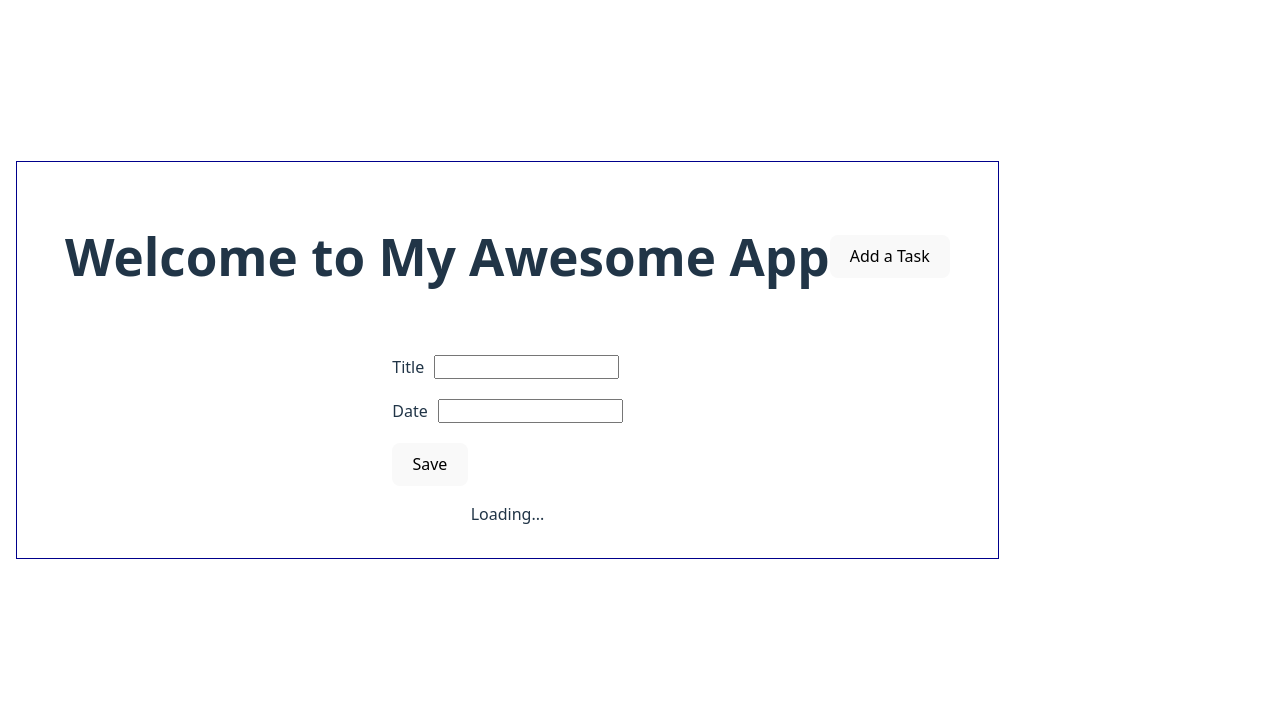
Repository: liulian26/CS5610
Page: /tasks (app in week9/my-vite-app/)
The author's editor kept a copy of each file at every save. The page is drawn from the files as they stood at one save, then again after the next save.
The browser window is 1280 px wide. The pictures show the whole page.
The project was rebuilt for these pictures with package versions that can differ from the ones it lists, and the page was loaded fresh each time. Requests to the local data server were answered from the project's data file. Also part of the build but not shown: week9/my-vite-app/vite.config.js.

Above is the page before, as saved 2025-03-20 12:33:18.

### week9/my-vite-app/index.html
<!DOCTYPE html>
<html lang="en">
  <head>
    <meta charset="UTF-8" />
    <link rel="icon" type="image/svg+xml" href="/vite.svg" />
    <meta name="viewport" content="width=device-width, initial-scale=1.0" />
    <title>My Awsome App</title>
  </head>
  <body>
    <div id="root"></div>
    <script type="module" src="/src/main.jsx"></script>
  </body>
</html>

### week9/my-vite-app/src/index.css
:root {
  font-family: system-ui, Avenir, Helvetica, Arial, sans-serif;
  line-height: 1.5;
  font-weight: 400;

  color-scheme: light dark;
  color: rgba(255, 255, 255, 0.87);
  background-color: #242424;

  font-synthesis: none;
  text-rendering: optimizeLegibility;
  -webkit-font-smoothing: antialiased;
  -moz-osx-font-smoothing: grayscale;
}

a {
  font-weight: 500;
  color: #646cff;
  text-decoration: inherit;
}
a:hover {
  color: #535bf2;
}

body {
  margin: 0;
  display: flex;
  place-items: center;
  min-width: 320px;
  min-height: 100vh;
}

h1 {
  font-size: 3.2em;
  line-height: 1.1;
}

button {
  border-radius: 8px;
  border: 1px solid transparent;
  padding: 0.6em 1.2em;
  font-size: 1em;
  font-weight: 500;
  font-family: inherit;
  background-color: #1a1a1a;
  cursor: pointer;
  transition: border-color 0.25s;
}
button:hover {
  border-color: #646cff;
}
button:focus,
button:focus-visible {
  outline: 4px auto -webkit-focus-ring-color;
}


.appContainer {
  display: flex;
  flex-direction: column;
  align-items: center;
  padding: 2em;
  border: darkblue 1px solid;
  padding: 1em;
  margin: 1em;
}

.headerContainer {
  display: flex;
  justify-content: space-between;
  align-items: center;
  padding: 1em 2em;
}

.taskContainer {
  display: flex;
  flex-direction: column;
  padding: 1em;
  background-color: lightblue;
}

@media (prefers-color-scheme: light) {
  :root {
    color: #213547;
    background-color: #ffffff;
  }
  a:hover {
    color: #747bff;
  }
  button {
    background-color: #f9f9f9;
  }
}

.taskContainer {
  list-style: none;
  padding: 10px;
  border-bottom: 1px solid #ddd;
}

.taskTileIconContainer {
  display: flex;
  align-items: center;
  justify-content: space-between;
}

.deleteIcon {
  color: red;
  font-size: 20px;
  cursor: pointer;
}

.deleteIcon:hover {
  color: darkred;
}

.form-control {
  margin: 20px 0;
  display: flex;
}

.form-control label {
  margin-right: 10px;
}

### week9/my-vite-app/src/App.jsx
import React, { useEffect, useState } from 'react';
import Header from './components /Header';
import TaskList from './components /TasksList';
import AddTask from './components /AddTask';

export default function App() {
  const appName = "My Awesome App";
  const [tasks, setTasks] = useState([]);
  const [loading, setLoading] = useState(true);

  useEffect(() => {
    async function fetchData() {
      try {
        const response = await fetch("http://localhost:5001/tasks");
        const data = await response.json();
        setTasks(data);
      } catch (error) {
        console.error("Error fetching tasks:", error);
        setLoading(false);
      }
    }
    fetchData();
  }, []);

  const handleDelete = async (taskId) => {
    try {
      const response = await fetch(`http://localhost:5001/tasks/${taskId}`, {
        method: "DELETE",
      });

      if (response.ok) {
        setTasks((prevTasks) => prevTasks.filter((task) => task.id !== taskId));
      } else {
        console.error("Failed to delete task");
      }
    } catch (error) {
      console.error("Error deleting task:", error);
    }
  };

  return (
    <div className="appContainer">
      <Header myAppName={appName} version={2} />
      <AddTask />
      {loading ? (
        <p>Loading...</p>
      ) : (
        <TasksList tasks={tasks} setTasks={setTasks} onDelete={handleDelete}  />
      )}
    </div>
  );
}

### week9/my-vite-app/src/components /Header.jsx
import React from "react";


export default function Header({ myAppName }) {
    return (
        <div>
            <header className="headerContainer">
                <h1>Welcome to {myAppName}</h1>
                <button>Add a Task</button>
            </header>
        </div>
    );
}

### week9/my-vite-app/src/components /AddTask.jsx
import React, { useState } from "react";


export default function AddTask() {
    const [title, setTitle] = useState("");
    const [date, setDate] = useState("");

    const handleTitleChange = (event) => {
        setTitle(event.target.value);
      };
    const handleDateChange = (event) => {
        setDate(event.target.value);
      };

    const handleSubmit = (event) => {
        event.preventDefault();

        const newTask = {
            title: title,
            date: date,
      };
        console.log("New Task Submitted:", newTask);
        setTitle("");
        setDate("");
  };

  return (
    <form onSubmit={handleSubmit}>
      <div className="form-control">
        <label>Title</label>
        <input type="text"value={title} onChange={handleTitleChange} />
      </div>
      <div className="form-control">
        <label>Date</label>
        <input type="text" value={date} onChange={handleDateChange}/>
      </div>
      <button type="submit">Save</button>
    </form>
  );
}

### week9/my-vite-app/db.json
{
    "tasks": [
      {
        "id": 1,
        "title": "Review week 9 material",
        "date": "June 4th at 1 pm"
      },
      {
        "id": 2,
        "title": "Do quiz 9",
        "date": "June 4th at 6 pm"
      },
      {
        "id": 3,
        "title": "Work on assignment 2",
        "date": "June 5th at 8 am"
      }
    ]
  }

### week9/my-vite-app/src/components /TasksList.jsx
import React,{useEffect, useState} from "react";
import Task from "./Task";


export default function TaskList({ tasks, setTasks, onDelete }){
  // const handleDelete = (taskId) => {
  //   setTasks((prevTasks) => prevTasks.filter((task) => task.id !== taskId));
  // };
  // const [tasks, setTasks] = useState([]);
  // useEffect(() => {
  //   fetch("http://localhost:5001/tasks")
  //   .then((response) => response.json())
  //   .then((data) => setTasks(data))
  //   .catch((error) => console.error("Error fetching tasks:", error));
  //   }, []);

    return(
      // <ul>
      //       {/* using array.map to render the tasks array titles
      //       for each element return an <li> */}
      //       {tasks.map((task) => {
      //         return <Task key={task.id} taskObj={task} />;
      //       })}
      //     </ul>
      <div>
      {tasks.length === 0 ? (
        <p>No tasks left!</p>
      ) : (
        <ul>
          {tasks.map((task) => (
            <Task key={task.id} taskObj={task} onDelete={onDelete} />
          ))}
        </ul>
      )}
    </div>
      );
}

### week9/my-vite-app/src/components /Task.jsx
import React from "react";
import {IoTrashSharp} from "react-icons/io5";

export default function Task({ taskObj }) {
  return (
    <li>
      <div className="taskContainer">
        <div className="taskTileIconContainer">
          <p>{taskObj.title}</p>
          <IoTrashSharp className="deleteIcon" onClick={() => onDelete(taskObj.id)}/>
        </div>
          <p>{taskObj.date}</p>
      </div>
    </li>
  );
}

Loaded but not shown: week9/my-vite-app/src/main.jsx (common file)

After the next save:
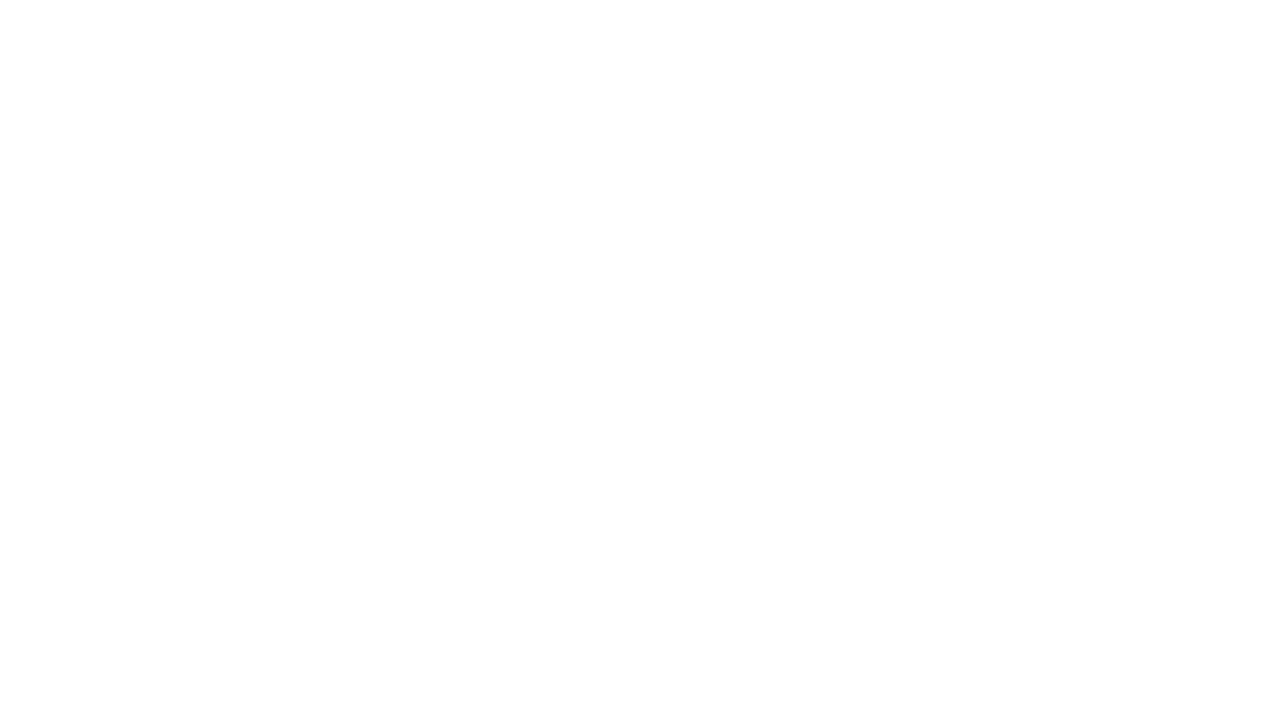
Console error: ReferenceError: TasksList is not defined
Saved 2 min 4 s later.
--- a/week9/my-vite-app/src/App.jsx
+++ b/week9/my-vite-app/src/App.jsx
@@ -16,6 +16,7 @@ export default function App() {
         setTasks(data);
       } catch (error) {
         console.error("Error fetching tasks:", error);
+      } finally {
         setLoading(false);
       }
     }

After the save that followed:
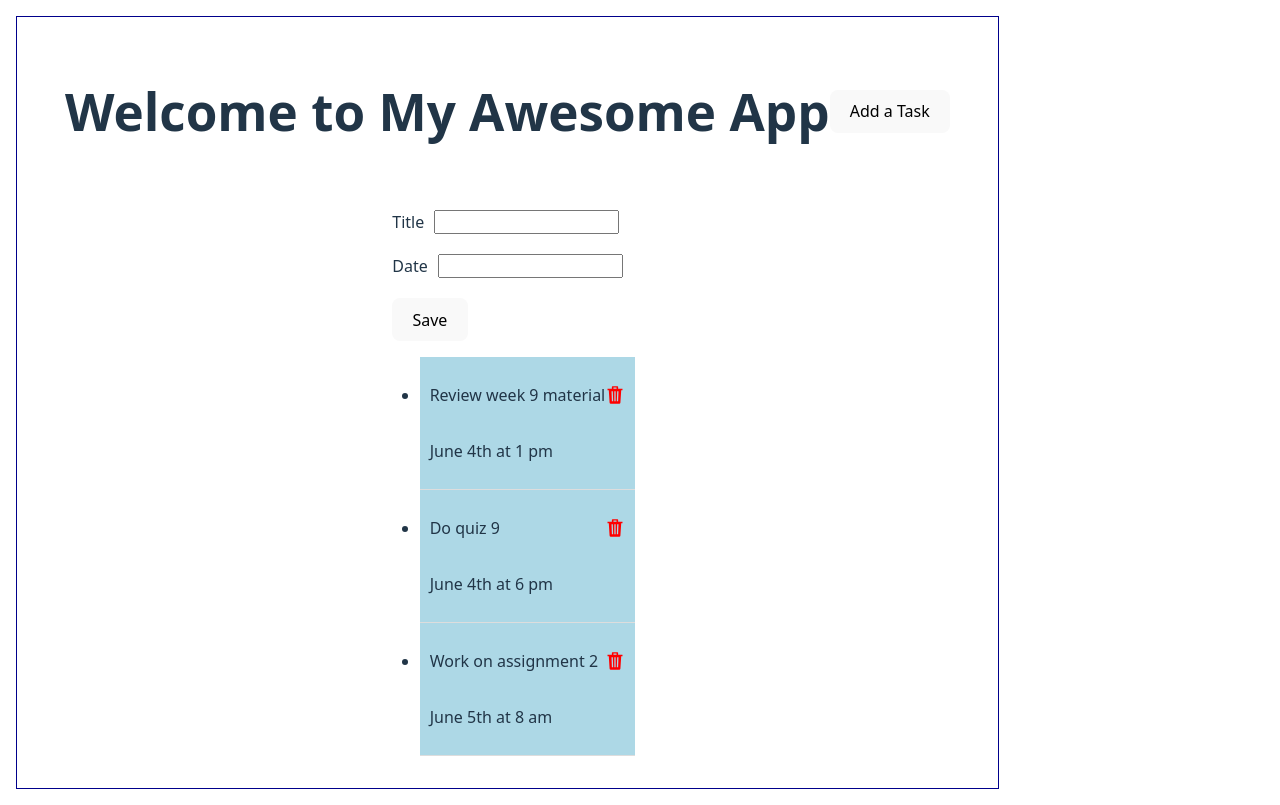
The error is gone.
Saved 2 min 8 s later.
--- a/week9/my-vite-app/src/App.jsx
+++ b/week9/my-vite-app/src/App.jsx
@@ -46,7 +46,7 @@ export default function App() {
       {loading ? (
         <p>Loading...</p>
       ) : (
-        <TasksList tasks={tasks} setTasks={setTasks} onDelete={handleDelete}  />
+        <TaskList tasks={tasks} setTasks={setTasks} onDelete={handleDelete}  />
       )}
     </div>
   );
